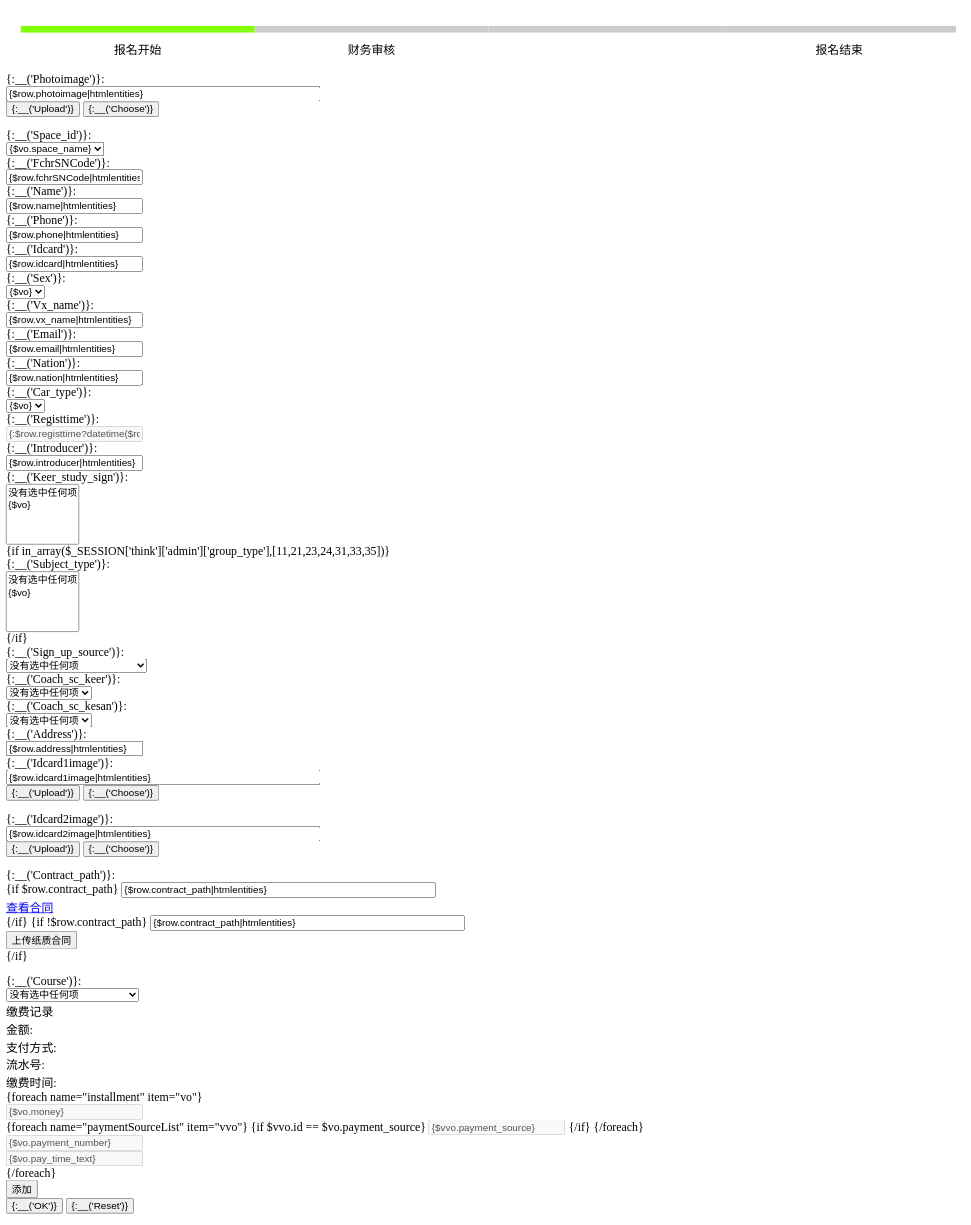
Repository: Akarin-Akari/xiaomaguantest
Page: application/admin/view/studentconfig/student/edit.html
These files come from the project's save history. The page is drawn as it stood at one moment and after the next save; the edit follows.
The browser window is 1280 px wide. The page is 1312 px wide, so the pictures cover 1312 px, including what lies to the right of the window. The pictures show the whole page, at 74% of full size.

Above is the page before, as saved 2024-01-23 19:09:17.
Console error: ReferenceError: $length is not defined

After the next save:
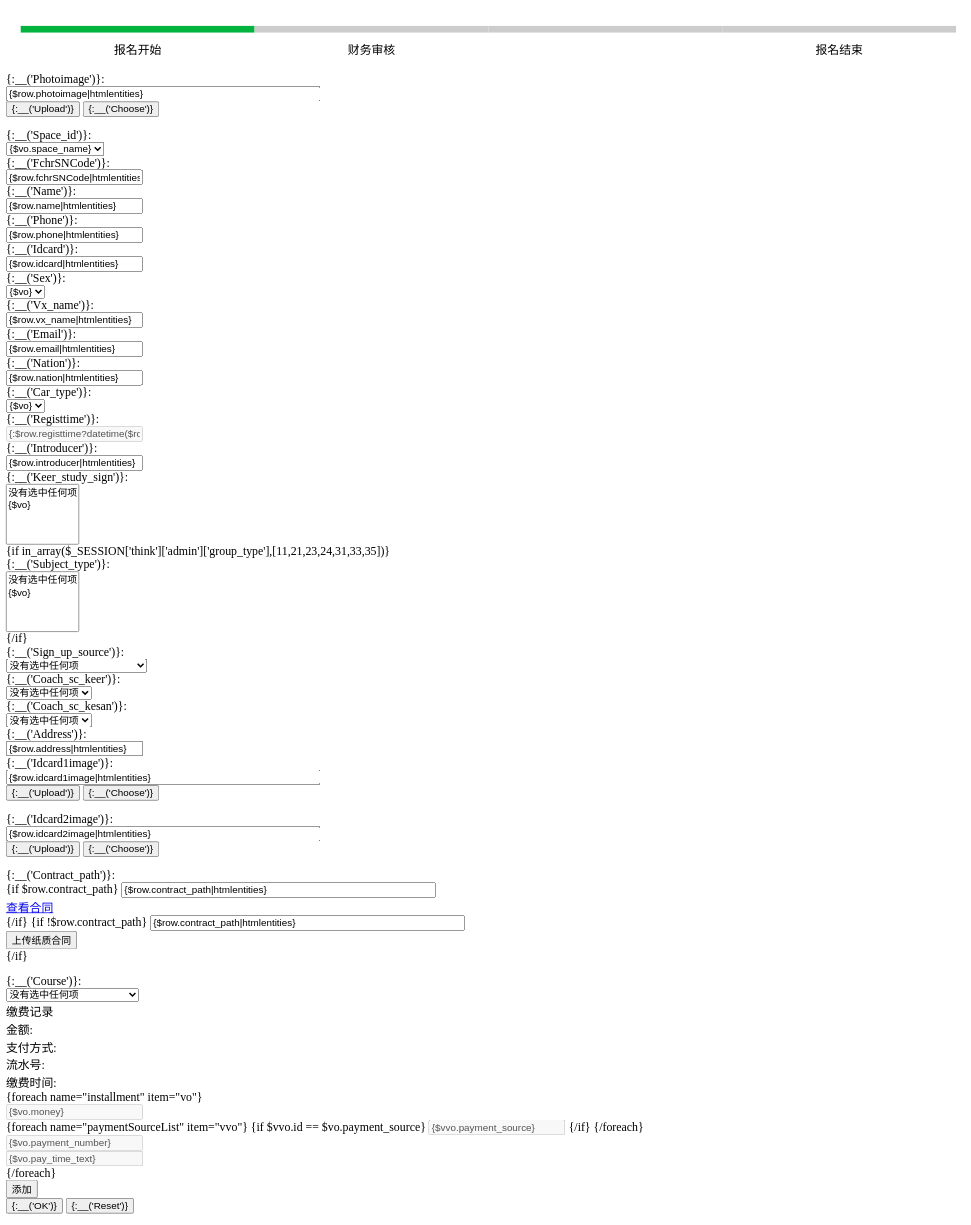
Saved 20 s later.
--- a/application/admin/view/studentconfig/student/edit.html
+++ b/application/admin/view/studentconfig/student/edit.html
@@ -41,7 +41,7 @@
             <!-- 第一部分 -->
             <div class="step">
                 <div class="step-progress left  done ">
-                    <div class="step-line" style="background-color: chartreuse;"></div>
+                    <div class="step-line" style="background-color: rgb(2, 179, 61);"></div>
                 </div>
                 <div class="step-text">
                     <span>报名开始</span>
